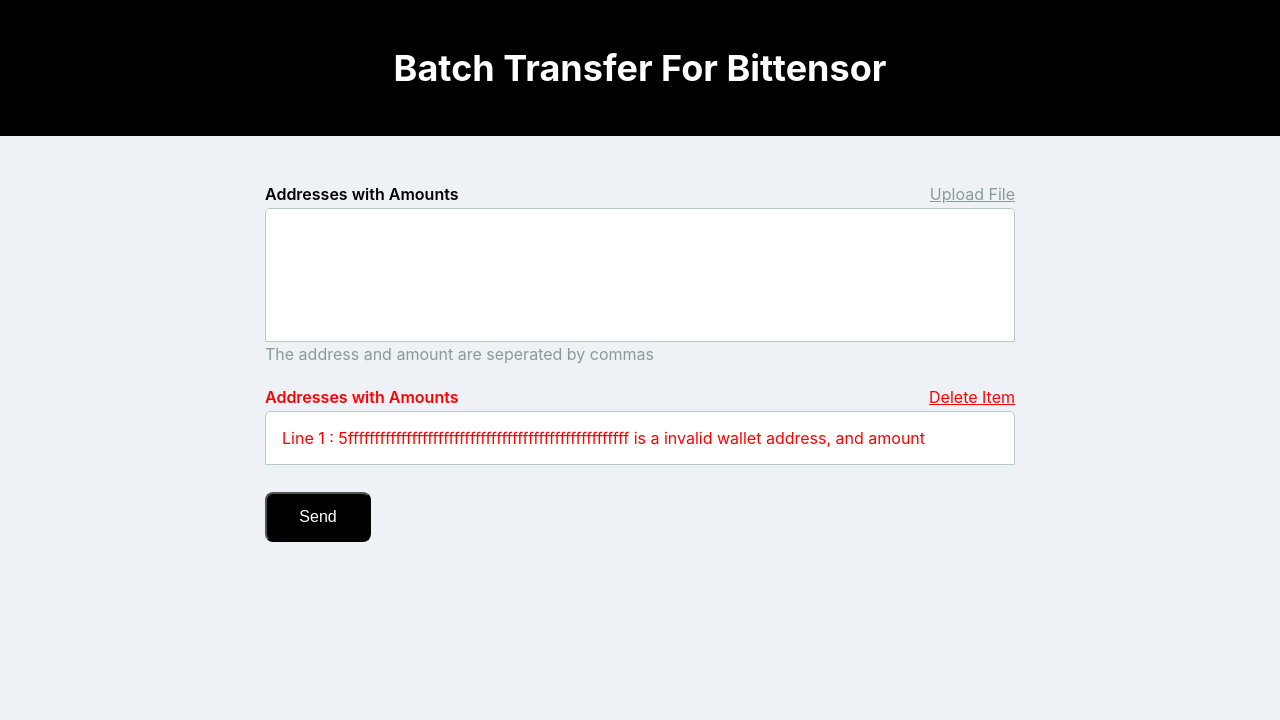
Repository: Dawid-Ace/batch_transfer_tao_master_ui
Page: /
An editor plug-in stored every save of this project. The page is shown before and after the next save, followed by the edit.
The browser window is 1280 px wide. The pictures show the whole page.
The project was rebuilt for these pictures with package versions that can differ from the ones it lists, and the page was loaded fresh each time.

Above is the page before, as saved 2023-05-10 04:38:18.

### src/App.js
import './App.css';
import { TransferForm } from './components/TransferForm';

function App() {
  return (
    <div className="app-container">
      <div className="header-container">
        Batch Transfer For Bittensor
      </div>

      <div className="main-container">
        <TransferForm />
      </div>
    </div>
  );
}

export default App;

### src/App.css
.app-container {
	display: flex;
	flex-direction: column;
	position: relative;
	width: 100%;
	height: 100vh;
}

.header-container {
	display: flex;
	justify-content: center;
	align-items: center;
	padding-top: 46px;
	padding-bottom: 46px;
	background-color: black;
	font-size: 36px;
	color: white;
	font-weight: 700;
}

.main-container {
	display: flex;
	justify-content: center;
	padding-top: 46px;
	background-color: rgb(238, 242, 247);
	height: 100%;
}

### src/components/TransferForm/index.jsx
import React, { useEffect, useState } from "react";
import styled from 'styled-components';
export const TransferForm = () => {
  /*
  const fetchUserBalance = async address => {
    const res = await api.query.system.account(address);
    if (res.isEmpty) return 0;
    const { data } = res.toJSON();
    return data.free / UNIT;
  };

  const fetchAndSetUserBalance = async () => {
    const _balance = await fetchUserBalance(currentAccount.address);
    setBalance(_balance);
  };

  const getFromAccount = async () => {
    const {
      address,
      meta: { source, isInjected }
    } = currentAccount;

    if (!isInjected) {
      return [currentAccount];
    }

    // currentAccount is injected from polkadot-JS extension, need to return the addr and signer object.
    // ref: https://polkadot.js.org/docs/extension/cookbook#sign-and-send-a-transaction
    const injector = await web3FromSource(source);
    return [address, { signer: injector.signer }];
  };

  const txResHandler = ({ status }) => {
    setTxStatus({
      visible: true,
      ...(status.isFinalized
        ? { type: 'success', message: 'Success' }
        : { type: 'info', message: `Current transaction status: ${status.type}` })
    });
    if (status.isFinalized) fetchInfo();
  };

  const txErrHandler = err => {
    setTxStatus({ visible: true, type: 'error', message: `😞 Transaction Failed: ${err.toString()}` });
  };

  const submitTx = async tx => {
    setPending(true);
    const fromAccount = await getFromAccount();
    tx.signAndSend(...fromAccount, txResHandler)
      .catch(txErrHandler)
      .finally(() => setPending(false));
  };

  const onUnstake = () => {
    submitTx(api.tx.subtensorModule.removeStake(HOTKEY, Math.floor(amount * UNIT)));
  };
  */

  const [inputMode, setInputMode] = useState('input');
  const isInputMode = inputMode === 'input';

  const FlexWrapper = styled.div`
    display: flex;
    justify-content: space-between;
    items-align: center;
  `

  const Label = styled.p`
    font-weight: 600;
    font-size: 16px;
    line-height: 160%;
    margin: 0px;
  `;

  const Switch = styled.p`
    color: ${(props) => (props.alert === true ? 'red' : '#899A9A')};
    font-size: 16px;
    font-weight: 400;
    line-height: 160%;
    text-decoration: underline;
    margin: 0px;
    cursor: pointer;
  `

  const FormWrapper = styled.form`
    max-width: 750px;
    min-width: 750px;
    display: flex;
    flex-direction: column;
    flex-grow: 1;

    max-height: 360px;
    min-height: 360px;
    position: relative;
  `;

  const FormInput = styled.div`
    border: solid 1px #B8C9C9;
    border-top-left-radius: 5px;
    border-top-right-radius: 5px;
    padding: 16px;
    background-color: white;
    min-height: 100px;
  `

  const DragAndDrop = styled.div`
    display: flex;
    flex-direction: column;
    justify-content: center;
    align-items: center;
    gap: 17px;


    cursor: pointer;
    border: solid 1px #B8C9C9;
    border-top-left-radius: 5px;
    border-top-right-radius: 5px;
    padding: 20px;
    background-color: white;
    min-height: 100px;
  `

  const Comment = styled.div`
    color: #899A9A;
    font-weight: 400;
    font-size: 16px;
    line-height: 160%;
  `
  const SendButton = styled.button`
    width: 106px;
    height: 50px;
    background: #000000;
    border-radius: 8px;
    font-weight: 400;
    font-size: 16px;
    line-height: 160%;
    color: white;
    position: absolute;
    bottom: 0px;
  `

  const ResultWrapper = styled.div`
    display: flex;
    flex-direction: column;
    color: ${(props) => props.color};
    border-color: red;
    margin-top: 18px;
 `

  const ResultListItem = styled.div`
    border: solid 1px #B8C9C9;
    border-top-left-radius: 5px;
    border-top-right-radius: 5px;
    padding: 16px;
    background-color: white;
  `

  return (
    <FormWrapper>
      <FlexWrapper>
        <Label> Addresses with Amounts </Label>

        <Switch onClick={() =>
          setInputMode(prev => prev === 'input' ? 'upload' : 'input')
        }>
          {isInputMode ? 'Upload File' : 'Insert Manually'}
        </Switch>
      </FlexWrapper>

      {
        isInputMode ?
          <FormInput contentEditable placeholder="Insert address and amount, seperate with comma" />
          :
          <DragAndDrop>
            <svg width="18" height="20" viewBox="0 0 18 20" fill="none" xmlns="http://www.w3.org/2000/svg">
              <path d="M1 18H17C17.2652 18 17.5196 18.1054 17.7071 18.2929C17.8946 18.4804 18 18.7348 18 19C18 19.2652 17.8946 19.5196 17.7071 19.7071C17.5196 19.8946 17.2652 20 17 20H1C0.734784 20 0.48043 19.8946 0.292893 19.7071C0.105357 19.5196 0 19.2652 0 19C0 18.7348 0.105357 18.4804 0.292893 18.2929C0.48043 18.1054 0.734784 18 1 18ZM10 15V3.414L12.293 5.707C12.4816 5.88915 12.7342 5.98995 12.9964 5.98767C13.2586 5.98539 13.5094 5.88022 13.6948 5.69482C13.8802 5.50941 13.9854 5.2586 13.9877 4.9964C13.99 4.7342 13.8892 4.4816 13.707 4.293L9.707 0.292997C9.6139 0.200353 9.50347 0.126956 9.382 0.0769973C9.26106 0.0261718 9.13119 -7.62939e-06 9 -7.62939e-06C8.86881 -7.62939e-06 8.73894 0.0261718 8.618 0.0769973C8.49653 0.126956 8.3861 0.200353 8.293 0.292997L4.293 4.293C4.19749 4.38524 4.12131 4.49559 4.0689 4.61759C4.01649 4.7396 3.9889 4.87082 3.98775 5.0036C3.9866 5.13638 4.0119 5.26805 4.06218 5.39095C4.11246 5.51385 4.18671 5.6255 4.2806 5.71939C4.3745 5.81329 4.48615 5.88754 4.60905 5.93782C4.73194 5.9881 4.86362 6.0134 4.9964 6.01225C5.12918 6.01109 5.2604 5.98351 5.3824 5.9311C5.50441 5.87869 5.61475 5.80251 5.707 5.707L8 3.414V15C8 15.2652 8.10536 15.5196 8.29289 15.7071C8.48043 15.8946 8.73478 16 9 16C9.26522 16 9.51957 15.8946 9.70711 15.7071C9.89464 15.5196 10 15.2652 10 15Z" fill="#899A9A" />
            </svg>
            <Comment>
              Drop your files or click to upload
            </Comment>
          </DragAndDrop>
      }

      <Comment>
        {isInputMode ? 'The address and amount are seperated by commas' : 'Accepted CSV/Excel/Txt'}
      </Comment>

      <ResultWrapper color='red'>
        <FlexWrapper>
          <Label> Addresses with Amounts </Label>
          <Switch alert={true}>
            Delete Item
          </Switch>
        </FlexWrapper>

        <ResultListItem>
          Line 1 : 5fffffffffffffffffffffffffffffffffffffffffffffffffffff is a invalid wallet address, and amount
        </ResultListItem>
      </ResultWrapper>

      <SendButton>
        Send
      </SendButton>
    </FormWrapper>
  )
}

Loaded but not shown: public/index.html (common file); src/index.js (common file); src/index.css (common file); src/reportWebVitals.js (common file)

After the next save:
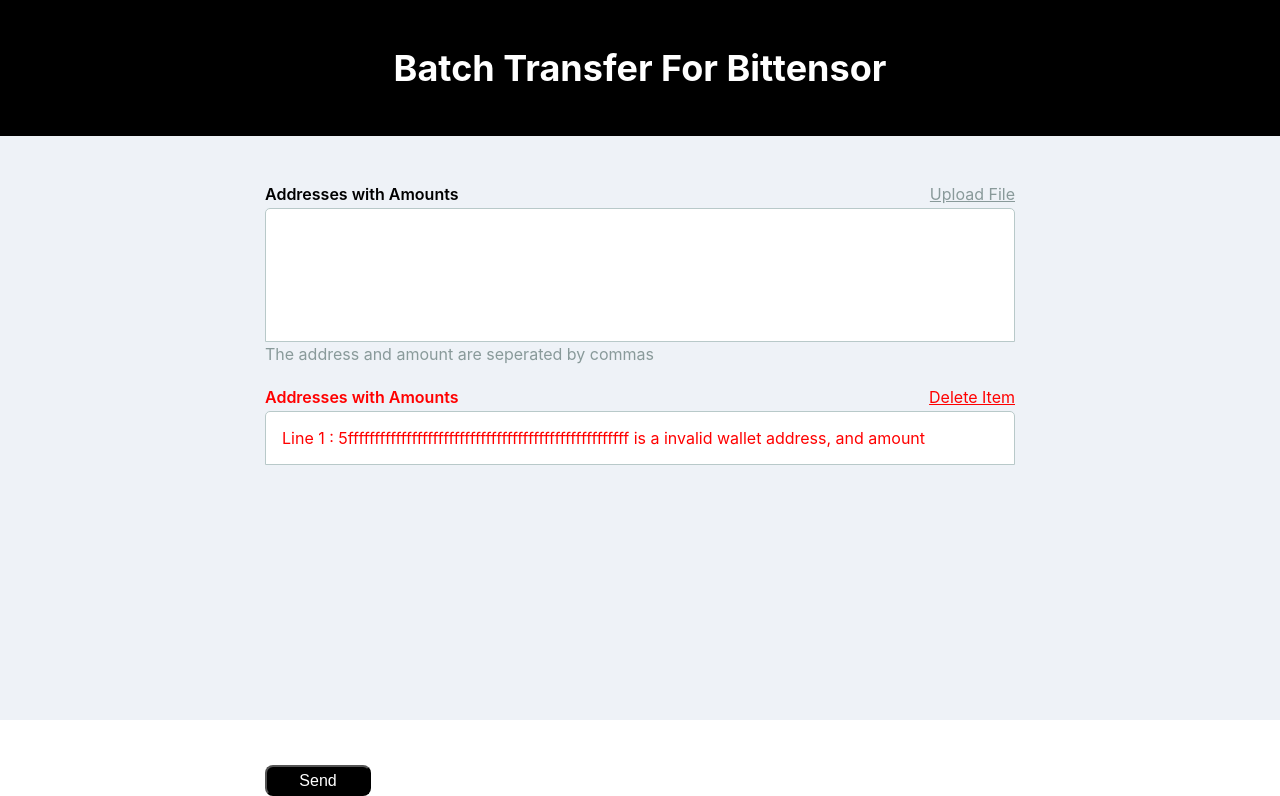
Saved 77 s later.
--- a/src/components/TransferForm/index.jsx
+++ b/src/components/TransferForm/index.jsx
@@ -136,8 +136,7 @@
     font-size: 16px;
     line-height: 160%;
     color: white;
-    position: absolute;
-    bottom: 0px;
+    margin-top: 300px;
   `
 
   const ResultWrapper = styled.div`
